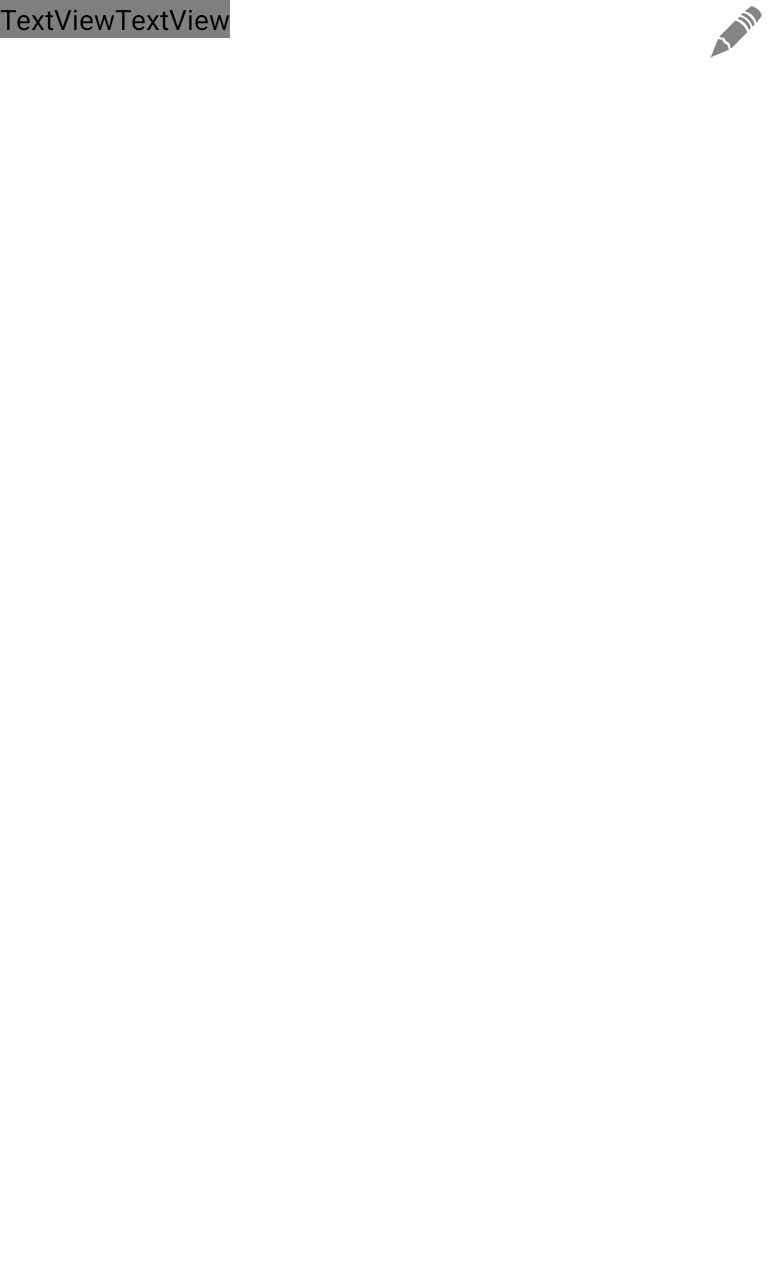
Repository: larserikstrand/IMT4904-Master
Layout: MTP/res/layout/item_list_task.xml
An editor plug-in stored every save of this project. The layout is shown before and after the next save, followed by the edit.
Pictures or frames that could not be fetched are drawn as grey boxes. It is drawn on a 768 x 1280 px phone screen (xhdpi) without system bars, with theme android:Theme.Holo.Light; the app's code is not run.

Above is the layout before, as saved 2014-02-10 17:20:59.

After the next save:
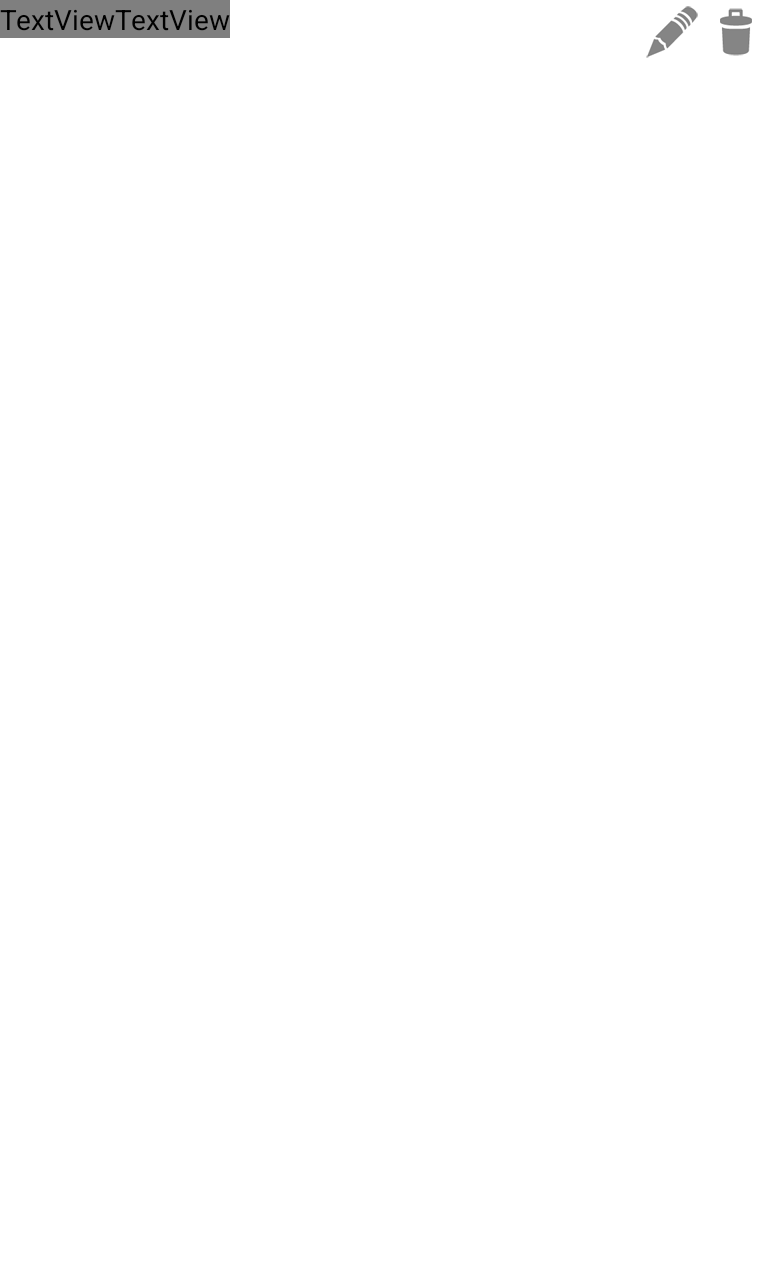
Saved 26 s later.
--- a/MTP/res/layout/item_list_task.xml
+++ b/MTP/res/layout/item_list_task.xml
@@ -29,4 +29,11 @@
         android:src="@drawable/ic_content_edit"
         android:contentDescription="@string/edit" />
 
+    <ImageButton android:id="@+id/delete_button"
+        android:layout_width="wrap_content"
+        android:layout_height="wrap_content"
+        android:background="?android:attr/selectableItemBackground"
+        android:src="@drawable/ic_content_discard"
+        android:contentDescription="@string/edit" />
+
 </LinearLayout>
